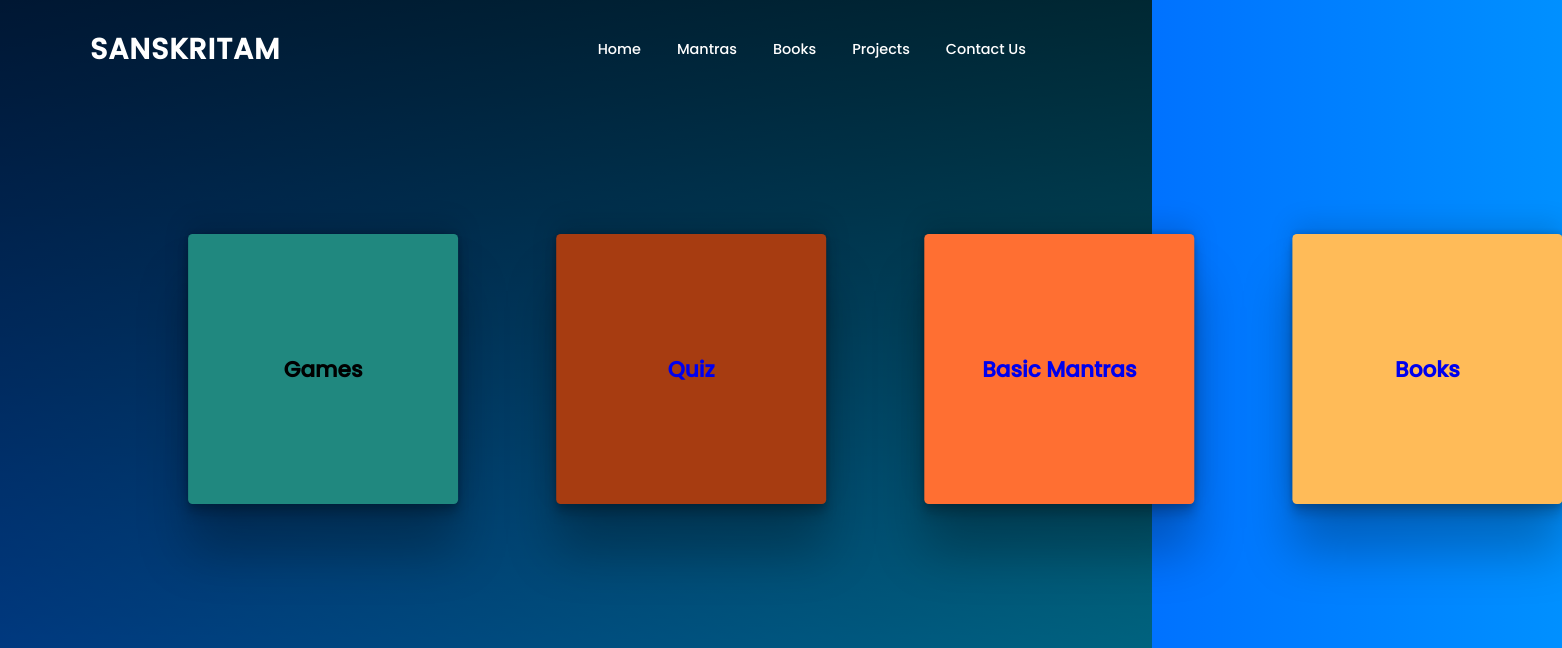
Repository: ritikalohia/Sanskritam
Page: index.html
An editor plug-in stored every save of this project. The page is shown before and after the next save, followed by the edit.
The browser window is 1280 px wide. The page is 1736 px wide, then 1300 px, so the pictures cover 1736 px, including what lies to the right of the window. The pictures show the whole page, at 90% of full size.

Above is the page before, as saved 2021-01-04 16:34:58.

### index.html
<!DOCTYPE html>
<html lang="en">
<head>
    <meta charset="UTF-8">
    <meta name="viewport" content="width=device-width, initial-scale=1.0">
    <link rel="stylesheet" href="style.css">
    <link href="https://fonts.googleapis.com/css2?family=Poppins:wght@500&display=swap" rel="stylesheet">
    <title>Sanskritam</title>
</head>
<body>
    <section>
        <header>
            <a href="#" class="logo">Sanskritam</a>
            <div class="toggleMenu" onclick="toggleMenu();"></div>
            <ul class="navigation">
                <li><a href="/index.html" class="left">Home</a></li>
                <li><a href="/Mantra/mantra.html" class="left">Mantras</a></li>
                <li><a href="/Books/books.html" class="left">Books</a></li>
                <li><a href="/quiz.html" class="left">Projects</a></li>
                <li><a href="/contact_us/contact.html" class="left">Contact Us</a></li>

        </header>
        <div class="sanskrit">
            <div class="cards C1" data-hover="पाठ">
                <h1>Games</h1>
            </div>
            <div class="cards C2" data-hover="प्रश्नोत्तरी">
                <h1><a href="producthorn-sanskrit/quiz.html">Quiz</a></h1>
            </div>
            <div class="cards C3" data-hover="Mantra">
                <h1><a href="/Mantra/mantra.html">Basic Mantras</a></h1>
            </div>
            <div class="cards C4" data-hover="पुस्तक">
                <h1><a href="Books/books.html">Books</a></h1>
            </div>
        </div>

    </section>
    <script type="text/javascript">
        function toggleMenu(){
            const toggleMenu = document.querySelector('.toggleMenu');
            const navigation = document.querySelector('.navigation');
            toggleMenu.classList.toggle('active');
            navigation.classList.toggle('active');
        }
    </script>
</body>
</html>

### style.css
*{
    margin: 0;
    padding: 0;
    box-sizing: border-box;
    font-family: 'Poppins', sans-serif;
}


section{
    position: relative;
    width: 100%;
    min-height: 100vh;
    background: linear-gradient(rgba(0,0,0,.8), rgba(0,0,0,.5));
    background-size: cover;
    background-position: center;
    display: flex;
    justify-content: flex-start;
    align-items: center;
    padding: 100px;
}

header{
    position: absolute;
    top: 0;
    left: 0;
    width: 100%;
    padding: 30px 100px;
    display: flex;
    justify-content: space-between;
    align-items: center;
    cursor: pointer;
}

header .logo{
    position: relative;
    font-size: 2em;
    color: #fff;
    text-transform: uppercase;
    font-weight: 700;
    text-decoration: none;
    letter-spacing: 1px;
}

header .navigation{
    position: relative;
    display: flex;
}

header .navigation li{
    list-style: none;
}

header .navigation li a{
    display: inline-block;
    color: #fff;
    margin-right: 40px;
    text-decoration: none;

}

header .navigation li a:hover{
    color: #03a9f4;
}
a.left
{
    position: relative;
}

header .navigation li a.left:before {
  content: "";
  position: absolute;
  width: 0;
  height: 2px;
  bottom: 0;
  left: 0;
  background-color: #03a9f4;
  visibility: hidden;
  transition: all 0.3s ease-in-out;
}
header .navigation li a.left:hover:before {
    visibility: visible;
    width: 100%;
  }



@media (max-width: 991px)
{
    header{
        padding: 15px 40px;
    }
    section{
        padding: 40px;
        background: linear-gradient(rgba(0,0,0,.8), rgba(0,0,0,.5));
        background-size: cover;
        background-position: center;
    }

    header .navigation{
        position: fixed;
        top: 0;
        bottom: 0;
        left: 0;
        right: 0;
        background: #000;
        z-index: 10;
        display: none;
        justify-content: center;
        align-items: center;
        flex-direction: column;
    }

    header .navigation.active{
        display: flex;
    }
    header .navigation li a{
        font-size: 24px;
        margin: 10px 0;
    }
    .toggleMenu{
        position: relative;
        right: 10px;
        width: 30px;
        height: 30px;
        background: url(menu.png);
        background-position: center;
        background-size: 30px;
        background-repeat: no-repeat;
        cursor: pointer;
        z-index: 11;
    }

    .toggleMenu.active{
        background: url(close.png);
        background-position: center;
        background-size: 25px;
        background-repeat: no-repeat;
    }
}


.sanskrit {
    display: flex;
    align-items: center;
    justify-content: center;
    margin-top: 100px;

  }

  .sanskrit .cards{
    width: 300px;
    height: 300px;
    border-radius: 5px;
    /* margin: 20px; */
    margin-left: 109px;
    display: flex;
    align-items: center;
    justify-content: center;
    cursor: pointer;
    font-family: 'Open Sans', sans-serif;
    box-shadow: rgba(0, 0, 0, 0.25) 0px 54px 55px, rgba(0, 0, 0, 0.12) 0px -12px 30px, rgba(0, 0, 0, 0.12) 0px 4px 6px, rgba(0, 0, 0, 0.17) 0px 12px 13px, rgba(0, 0, 0, 0.09) 0px -3px 5px;
  }

  @media only screen and (max-width: 320px) {
  .sanskrit {
    flex-direction:column;
    margin-left: -30px;
   }

   .sanskrit .cards{
       margin-left: 0px;
   }

   header .logo{
       font-size: 1.5em;
   }
}

    .C1{
      background-color: #20887f;
    }

    .C2{
        background-color: #A73C11;
    }

    .C3{
        background-color: #FF6F32;
    }

    .C4{
        background-color: #FFBB58;
    }

    /* .cards:hover{
      font-size: 0;
      box-shadow: rgba(0, 0, 0, 0.56) 0px 22px 70px 4px;
  } */

    /* .sanskrit .cards:hover:after{
        content: attr(data-hover);
        font-size: 30px;
    } */




    body{
        background: -webkit-linear-gradient(left, #0072ff, #00c6ff);
    }
    .contact-form{
        background: #fff;
        margin-top: 5%;
        width: 70%;
    }
    .contact-form .form-control{
        border-radius:1rem;
    }
    .contact-image{
        text-align: center;
    }
    .contact-image img{
        border-radius: 6rem;
        width: 11%;
        margin-top: -3%;
        transform: rotate(29deg);
    }
    .contact-form form{
        padding: 14%;
    }
    .contact-form form .row{
        margin-bottom: -7%;
    }
    .form-group{
        margin-top: 10px;
    }
    .contact-form h3{
        margin-bottom: 8%;
        margin-top: -10%;
        text-align: center;
        color: #0062cc;
    }
    .contact-form .btnContact {
        width: 50%;
        border: none;
        border-radius: 1rem;
        padding: 1.5%;
        background: #dc3545;
        font-weight: 600;
        color: #fff;
        cursor: pointer;
        margin-top: 8px;
    }
    .btnContactSubmit
    {
        width: 50%;
        border-radius: 1rem;
        padding: 1.5%;
        color: #fff;
        background-color: #0062cc;
        border: none;
        cursor: pointer;
    }



/* Quiz */
#Quiz{
    margin: 40px 20%;
}

.quiz-heading{
    background-color: #FFF0DE;
    box-shadow: 0px 0px 15px #000;
    border-radius: 15px;
    padding: 15px;
    margin-bottom: 20px;
    text-align: center;
}

.question{
    background-color: #FFF0DE;
    box-shadow: 0px 0px 15px #000;
    border-radius: 15px;
    padding: 15px;
    margin-bottom: 20px;
    font-size: 20px;
    font-weight: bold;
}

.question .row{
    margin-bottom: 13px;
}

.question img{
    width: 200px;
}

.question .question-no{
    text-align: center;
}

.options{
    display: flex;
    justify-content: space-around;
}

.options span{
    padding: 10px 15px;
    background-color: white;
    border-radius: 4px;
    transition: 0.5s;
}

.options input{
    display: none;
}

input[type="radio"]:checked+span{
    background-color: #FFBB58;
    box-shadow: 0px 0px 10px black;
}

.actions {
    margin-top: 20px;
}

.actions button{
    box-shadow: 0px 0px 5px black;
}

.actions .submit{
    display: none;
}

.actions .alert{
    color: white;
}





/* Mantras */

.image-grid-item{
    margin-top: 30px;

}

.image-grid-cover {
    width: 80%;
    background-size: cover;
    min-height: 150px;
    margin-left: 30px;
    position: relative;
    margin-bottom: 30px;
    text-shadow: rgba(0,0,0,.8) 0 1px 0;
    border-radius: 4px;
}
.image-grid-clickbox {
    position: absolute;
    top: 0;
    right: 0;
    bottom: 0;
    left: 0;
    display: block;
    width: 100%;
    height: 100%;
    z-index: 20;
    background: rgba(0,0,0,.45);
}
.cover-wrapper {
    font-size: 18px;
    text-align: center;
    display: block;
    color: #fff;
    text-shadow: rgba(0,0,0,.8) 0 1px 0;
    z-index: 21;
    position: relative;
    top: 50px;
}
a, a:focus, a:hover {
    text-decoration: none;
    outline: 0;
}

After the next save:
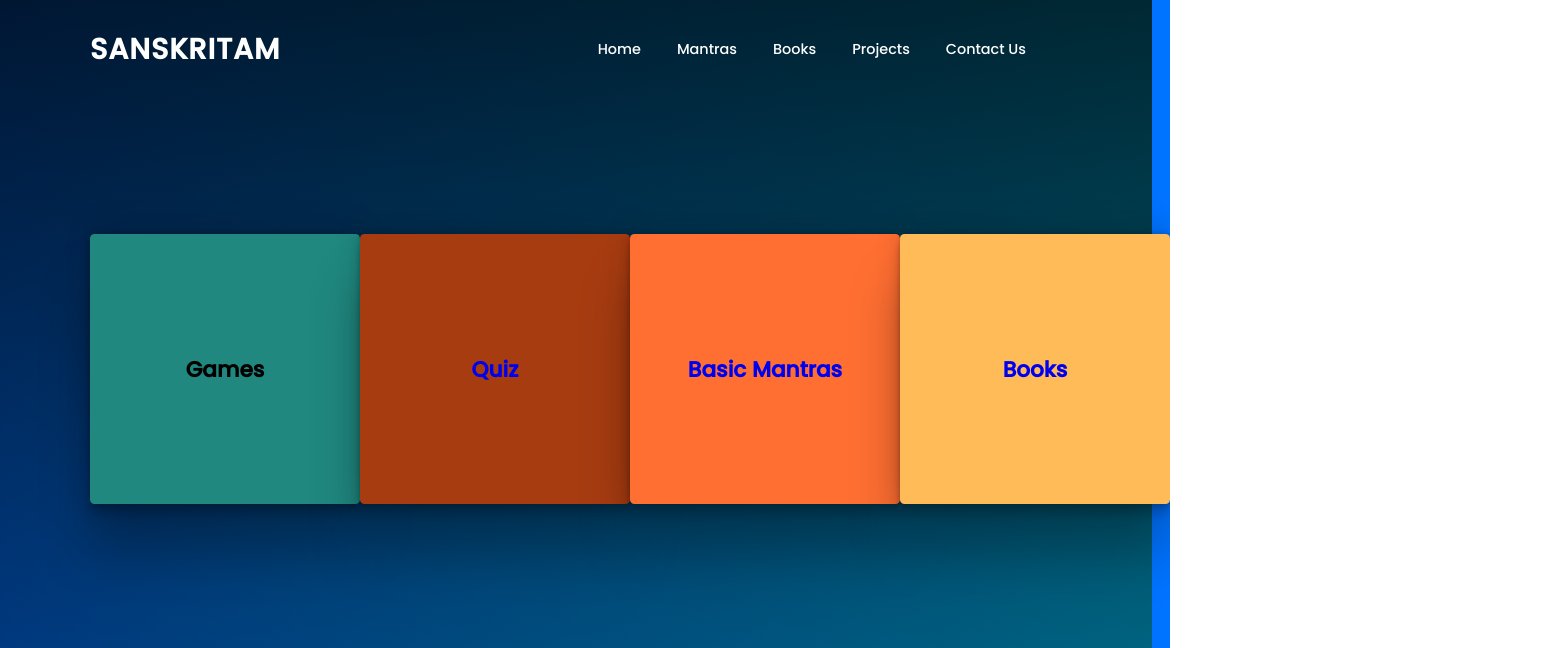
Saved 93 s later.
--- a/style.css
+++ b/style.css
@@ -152,7 +152,7 @@ header .navigation li a.left:hover:before {
     height: 300px;
     border-radius: 5px;
     /* margin: 20px; */
-    margin-left: 109px;
+    margin-left: 0px;
     display: flex;
     align-items: center;
     justify-content: center;
